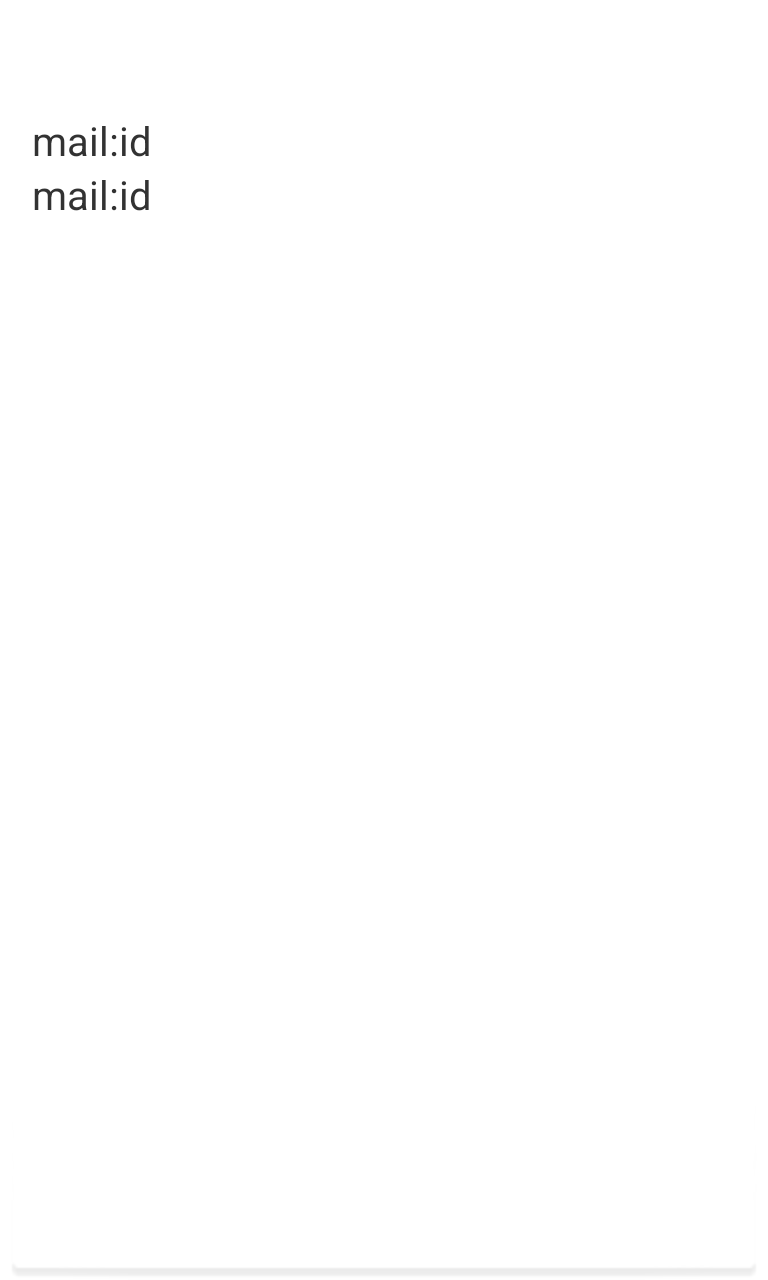
Repository: AGNT/Mobile_application_SU13
Layout: android/Locate/res/layout/activity_googlecards_card.xml
The author's editor kept a copy of each file at every save. The layout is drawn from the files as they stood at one save, then again after the next save.
It is drawn on a 768 x 1280 px phone screen (xhdpi) without system bars, with theme AppTheme; the app's code is not run.

Above is the layout before, as saved 2013-08-10 06:13:49.

After the next save:
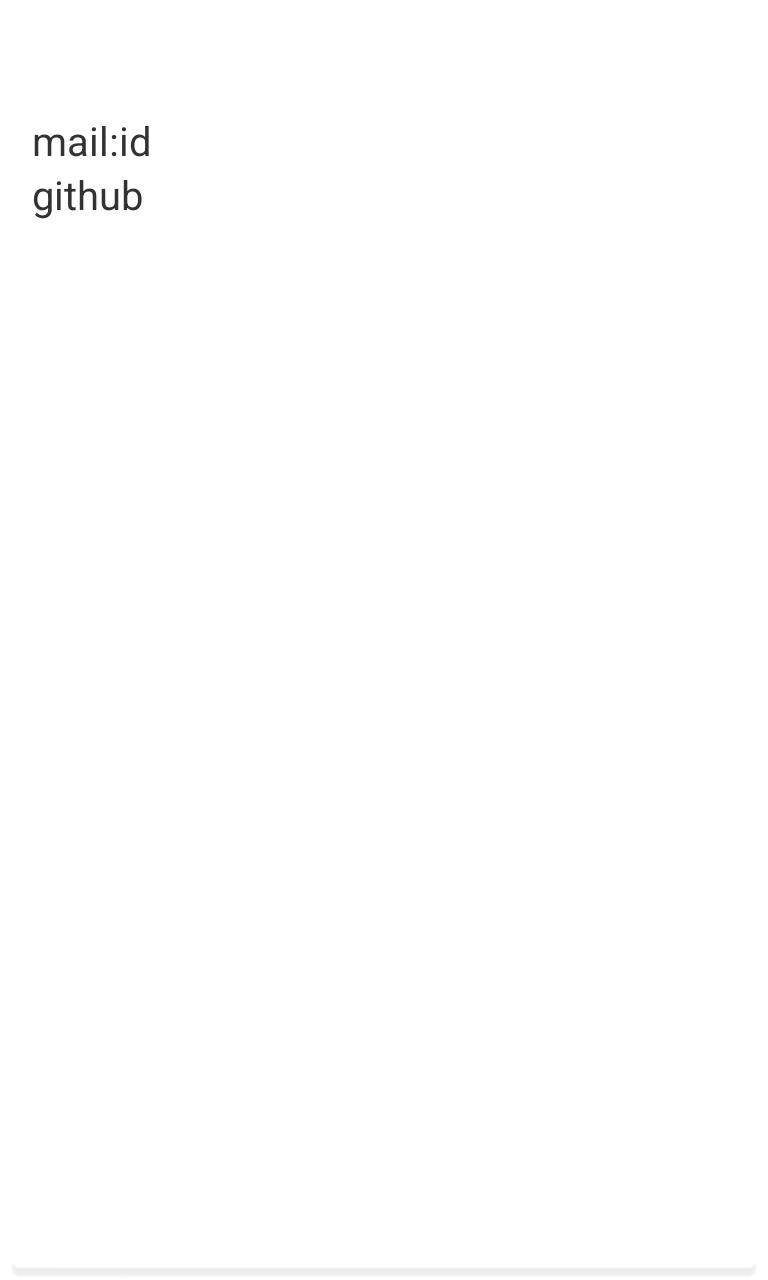
Saved 101 s later.
--- a/android/Locate/res/layout/activity_googlecards_card.xml
+++ b/android/Locate/res/layout/activity_googlecards_card.xml
@@ -23,7 +23,7 @@
         android:id="@+id/activity_googlecards_card_textview"
         android:layout_width="match_parent"
         android:layout_height="wrap_content"
-        android:text="mail:id"
+        android:text="github"
         android:textSize="20sp" />
 
     <ImageView
